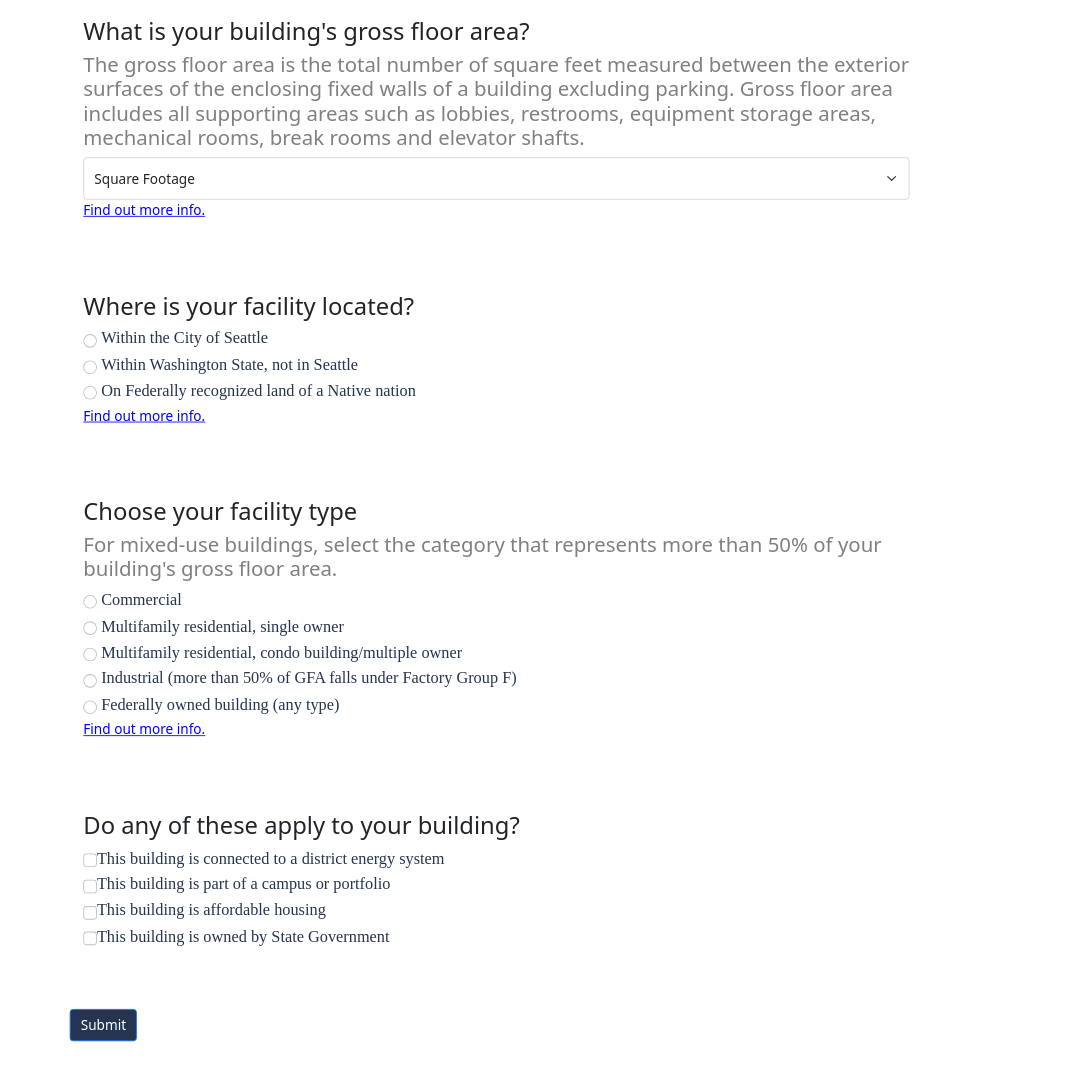
Repository: ChaidGPT/SershonSystemsQuiz
Page: index.html
The author's editor kept a copy of each file at every save. The page is drawn from the files as they stood at one save, then again after the next save.
The browser window is 1280 px wide. The pictures show the whole page, at 85% of full size.

Above is the page before, as saved 2023-07-19 09:02:46.

### index.html
<!DOCTYPE html>
<html>

<head>
	<meta charset="utf-8">
	<title>Quiz</title>
	<link rel="stylesheet" href="https://cdn.jsdelivr.net/npm/bootstrap@5.0.2/dist/css/bootstrap.min.css">
	<style>
	.card {
		width: 90%;
        border: none;
	}

      select {
      color:white;
      background-color:#253551;
      height:50px;
    }

      option {
      text-indent:15px
      }

	.card-column {
		display: flex;
		flex-direction: column;
		align-items: center;
		max-width: auto;
	}

    .btn {
        color: white;
        background-color: #253551;
    }

	.card-body p {
		font-size: 8;
		color: gray;
		line-height: 1.2;
	}

	.form-check-input[type="radio"] {
        font-size: 20x;
		margin-right: 5px;
    }

    .form-check-label {
        font-size: 1.2rem;
      font-family: poppins;
      color: #253551;
      font-weight:500;
    }

	.form-check {
  display: flex;
  align-items: center;
}

.info-link {
    color: blue;
}

#resultContainer {
  overflow-y: auto;
}

#resultMessage {
  text-align: justify;
  font-size: 12px;
}
.card p {
  color: #253551;
}
.card h4 {
  color:grey;
}
	</style>
</head>

<body>
	<div id="quizContainer" class="container">
		<!-- Question 1 Card -->
		<div class="card mb-1 mt-1">
			<div class="card-body">
				<h3 class="card-title">What is your building's gross floor area?</h3>
        <h4 class="card-text">The gross floor area is the total number of square feet measured between the exterior surfaces of the enclosing fixed walls of a building excluding parking. Gross floor area includes all supporting areas such as lobbies, restrooms, equipment storage areas, mechanical rooms, break rooms and elevator shafts.</h4>
				<div class="form-group">
					<select id="buildingSize" type="number" class="form-select">
						<option value="">Square Footage</option>
						<option value="under20k">less than 20k square feet</option>
						<option value="20kTo30k">20k - 30k square feet</option>
						<option value="30kTo50k">30k - 50k square feet</option>
						<option value="50kTo70k">50k - 70k square feet</option>
						<option value="70kTo90k">70k - 90k square feet</option>
						<option value="90kTo100k">90k - 100k square feet</option>
						<option value="100kTo200k">100k - 200k square feet</option>
						<option value="200kTo220k">200k - 220k square feet</option>
						<option value="over220k">over 220k square feet</option>
					</select>
				</div>
				<a href="" target="_blank" class="info-link">Find out more info.</a>
			</div>
		</div>
		<!-- Question 1 Card End -->
		<br>
        <br>
		<!-- Question 2 Card -->
		<div class="card mb-1">
			<div class="card-body">
				<h3 class="card-title">Where is your facility located?</h3>
				<div class="form-check">
					<input type="radio" id="seattle" name="buildingLocation" value="seattle" class="form-check-input">
					<label for="seattle" class="form-check-label">Within the City of Seattle</label>
				</div>
				<div class="form-check">
					<input type="radio" id="washington" name="buildingLocation" value="washington" class="form-check-input">
					<label for="washington" class="form-check-label">Within Washington State, not in Seattle</label>
				</div>
				<div class="form-check">
					<input type="radio" id="native" name="buildingLocation" value="native" class="form-check-input">
					<label for="native" class="form-check-label">On Federally recognized land of a Native nation</label>
				</div>
				<a href="" target="_blank" class="info-link">Find out more info.</a>
			</div>
		</div>
		<!-- Question 2 Card End -->
		<br>
        <br>
		<!-- Question 3 Card -->
		<div class="card mb-1">
			<div class="card-body">
				<h3 class="card-title">Choose your facility type</h3>
				<h4 class="card-text">For mixed-use buildings, select the category that represents more than 50% of your building's gross floor area.</h4>
				<div class="form-group">
					<div class="form-check">
						<input type="radio" id="commercial" name="facilityType" value="commercial" class="form-check-input">
						<label for="commercial" class="form-check-label">Commercial</label>
					</div>
					<div class="form-check">
						<input type="radio" id="MFsingle" name="facilityType" value="MFsingle" class="form-check-input">
						<label for="MFsingle" class="form-check-label">Multifamily residential, single owner</label>
					</div>
					<div class="form-check">
						<input type="radio" id="MFmultiple" name="facilityType" value="MFmultiple" class="form-check-input">
						<label for="MFmultiple" class="form-check-label">Multifamily residential, condo building/multiple owner</label>
					</div>
					<div class="form-check">
						<input type="radio" id="industrial" name="facilityType" value="industrial" class="form-check-input">
						<label for="industrial" class="form-check-label">Industrial (more than 50% of GFA falls under Factory Group F)</label>
					</div>
					<div class="form-check">
						<input type="radio" id="federal" name="facilityType" value="federal" class="form-check-input">
						<label for="federal" class="form-check-label">Federally owned building (any type)</label>
					</div>
				</div>
				<a href="" target="_blank" class="info-link">Find out more info.</a>
			</div>
		</div>
		<!-- Question 3 Card End -->
    <br>
        <br>
    <!-- Question 4 Card -->
<div class="card mb-1">
  <div class="card-body">
      <h3 class="card-title">Do any of these apply to your building?</h3>
      <div class="form-check">
          <input type="checkbox" id="districtEnergy" name="buildingFeatures" value="districtEnergy" class="form-check-input">
          <label for="districtEnergy" class="form-check-label">This building is connected to a district energy system</label>
      </div>
      <div class="form-check">
          <input type="checkbox" id="campusPortfolio" name="buildingFeatures" value="campusPortfolio" class="form-check-input">
          <label for="campusPortfolio" class="form-check-label">This building is part of a campus or portfolio</label>
      </div>
      <div class="form-check">
          <input type="checkbox" id="affordableHousing" name="buildingFeatures" value="affordableHousing" class="form-check-input">
          <label for="affordableHousing" class="form-check-label">This building is affordable housing</label>
      </div>
      <div class="form-check">
          <input type="checkbox" id="stateGovernment" name="buildingFeatures" value="stateGovernment" class="form-check-input">
          <label for="stateGovernment" class="form-check-label">This building is owned by State Government</label>
      </div>
  </div>
</div>
<!-- Question 4 Card End -->

		<br>
        <br>
		<button id="submitBtn" type="submit" class="btn btn-primary">Submit</button>
	</div>

  <div id="resultContainer" class="container d-flex align-items-center justify-content-center fade" style="display: none;">
    <div class="text-center">
      <p id="resultMessage"></p>
      <button id="goBackBtn" type="button" class="btn btn-primary">Go back</button>
    </div>
  </div>

	<script src="https://cdn.jsdelivr.net/npm/bootstrap@5.0.2/dist/js/bootstrap.bundle.min.js"></script>
	<script>

    // Info Snippets
    var fullEXEMPT = '<h3>Exempt</h3> <h4>Based on the answers provided, your facility is not subject to the following regulations:</h4><br>' +
                'Seattle Energy Benchmarking, Seattle Building Tune-Ups, WA Clean Buildings Performance Standard, or Seattle Building Emissions Performance Standard<br>' +
                'To learn more, contact Sershon Systems at (206)745-2938 or emily@sershonsystems.com.<br><br>' +
                '<h4>Possible Reasons for Exemption:</h4><br>' +
                '&#8226; Federal ownership<br>' +
                '&#8226; Industrial facility<br>' +
                '&#8226; Located within a Native nation<br>' +
                '&#8226; Facilities less than 20,000 square feet<br><br>' +
                '<h4>You may be required to apply for exemption and provide supporting documentation.</h4><br>' +
                '• Contact Sershon Systems to discuss specific exemption application deadlines.';
    var answerBegin = '<h3>Your Compliance Timeline</h3><p>Based on the answers provided, your facility is subject to the legislation and deadlines shown. For more information on compliance, to get started, or to speak with a qualified person, contact Sershon Systems at (206)745-2938 or emily@sershonsystems.com</p>';
    var sebOct1st23 = '<h4>Seattle Energy Benchmarking</h4>' +
                      '<ul>' +
                        '<li>Oct 1st, 2023, then annually on June 1st</li>' +
                      '</ul>';
    var setuOct1st23 = '<h4>Seattle Building Tune-Ups</h4>' +
                        '<ul>' +
                          '<li>Oct 1st, 2023</li>' +
                        '</ul>';
    var setuOct1st25 = '<h4>Seattle Building Tune-Ups</h4>' +
                        '<ul>' +
                          '<li>Oct 1st, 2025</li>' +
                        '</ul>';
    var cbpsJun1sr23  = '<h4>WA Clean Buildings Performance Standard</h4>' +
                          '<ul>' +
                            '<li>June 1st, 2024: last date to start 24-month data collection window</li>' +
                            '<li>June 1st, 2025: energy management plan must be implemented</li>' +
                            '<li>June 1st, 2026 compliance deadline, and every 5 years thereafter</li>' +
                          '</ul>';
    var sbepsOct1st24 = '<h4>Seattle Building Emissions Performance Standard</h4>' +
                          '<ul>' +
                            '<li>Oct 1st, 2027: reporting deadline</li>' +
                            '<li>Oct 1st, 2031: compliance deadline</li>' +
                            '<li>Every 5 years, achieving net zero emissions Oct 1st, 2041</li>' +
                          '</ul>';
    var cbpsJune1st25 = '<h4>Clean Buildings Performance Standard</h4>' +
                            '<ul>' +
                              '<li>June 1st, 2025: last date to start 24-month data collection window</li>' +
                              '<li>June 1st, 2026: energy management plan must be implemented</li>' +
                              '<li>June 1st, 2027 compliance deadline, and every 5 years thereafter</li>' +
                            '</ul>';
    var sbepsOct1st27 = '<h4>Seattle Building Emissions Performance Standard</h4>' +
                              '<ul>' +
                                '<li>Oct 1st, 2027: reporting deadline</li>' +
                                '<li>Oct 1st, 2032: compliance deadline</li>' +
                                '<li>Every 5 years, achieving net zero emissions Oct 1st, 2042</li>' +
                              '</ul>';
    var sbtuOct1st24 = '<h4>Seattle Building Tune-Ups</h4>' +
                        '<ul>' +
                          '<li>Oct 1st, 2024</li>' +
                        '</ul>';
    var sbtuOct1st25 = '<h4>Seattle Building Tune-Ups</h4>' +
                        '<ul>' +
                          '<li>Oct 1st, 2025</li>' +
                        '</ul>';
    var cbpsJune1st26 = '<h4>WA Clean Buildings Performance Standard</h4>' +
                        '<ul>' +
                          '<li>June 1st, 2026: last date to start 24-month data collection window</li>' +
                          '<li>June 1st, 2027: energy management plan must be implemented</li>' +
                          '<li>June 1st, 2028 compliance deadline, and every 5 years thereafter</li>' +
                        '</ul>';
    var cbpsJuly1st26 = '<h4>WA Clean Buildings Performance Standard</h4>' +
                        '<ul>' +
                          '<li>July 1st, 2026 energy management plan must be implemented</li>' +
                          '<li>July 1st, 2027 reporting only, then compliance on 5-year cycle</li>' +
                        '</ul>';
    var cbpsJune1st2527 = '<h4>WA Clean Buildings Performance Standard</h4>' +
                        '<ul>' +
                          '<li>June 1st, 2025: last date to start 24-month data collection window' +
                          '<li>June 1st, 2026: energy management plan must be implemented</li>' +
                          '<li>June 1st, 2027: compliance deadline, and every 5 years thereafter</li>' +
                        '</ul>';
    var sbepsOct1st28 = '<h4>Seattle Building Emissions Performance Standard</h4>' +
                        '<ul>' +
                          '<li>Oct 1st, 2028: reporting deadline</li>' +
                          '<li>Oct 1st, 2033: compliance deadline</li>' +
                          '<li>Every 5 years, achieving net zero emissions Oct 1st, 2043</li>' +
                        '</ul>';
    var sbtuOct1st26 = '<h4>Seattle Building Tune-Ups</h4>' +
                        '<ul>' +
                          '<li>Oct 1st, 2026</li>' +
                        '</ul>';
    var sbepsOct1st29 = '<h4>Seattle Building Emissions Performance Standard</h4>' +
                        '<ul>' +
                          '<li>Oct 1st, 2029: reporting deadline</li>' +
                          '<li>Oct 1st, 2034: compliance deadline Every 5 years, achieving net zero emissions Oct 1st, 2044</li>' +
                        '</ul>';
    var sbepsOct1st30 = '<h4>Seattle Building Emissions Performance Standard</h4>' +
                        '<ul>' +
                          '<li>Oct 1st, 2030: reporting deadline</li>' +
                          '<li>Oct 1st, 2035: compliance deadline Every 5 years, achieving net zero emissions Oct 1st, 2045</li>' +
                        '</ul>';
    var sbepsOct1st2731 = '<h4>Seattle Building Emissions Performance Standard</h4>' +
                        '<ul>' +
                          '<li>Oct 1st, 2027: reporting deadline</li>' +
                          '<li>Oct 1st, 2031: compliance deadline Every 5 years, achieving net zero emissions Oct 1st, 2046</li>' +
                        '</ul>';
    var sbepsOct1st2833 = '<h4>Seattle Building Emissions Performance Standard</h4>' +
                        '<ul>' +
                          '<li>Oct 1st, 2028: reporting deadline' +
                          '<li>Oct 1st, 2033: compliance deadline Every 5 years, achieving net zero emissions Oct 1st, 2048</li>' +
                        '</ul>';
    var sbepsOct1st2949 = '<h4>Seattle Building Emissions Performance Standard</h4>' +
                        '<ul>' +
                          '<li>Oct 1st, 2029: reporting deadline' +
                          '<li>Oct 1st, 2034: compliance deadline Every 5 years, achieving net zero emissions Oct 1st, 2049</li>' +
                        '</ul>';
    var sbepsOct1st20 = '<h4>Seattle Building Emissions Performance Standard</h4>' +
                        '<ul>' +
                          '<li>Oct 1st, 2020: reporting deadline' +
                          '<li>Oct 1st, 2035: compliance deadline Every 5 years, achieving net zero emissions Oct 1st, 2050</li>' +
                        '</ul>';
    var sbepsOct1st2732 = '<h4>Seattle Building Emissions Performance Standard</h4>' +
                        '<ul>' +
                          '<li>Oct 1st, 2027: reporting deadline</li>' +
                          '<li>Oct 1st, 2032: compliance deadline Every 5 years, achieving net zero emissions Oct 1st, 2047</li>' +
                        '</ul>';
    // End Info Snippets

    var messageTable = {

      // Answer 1
      'over220k-seattle-commercial': 'Answer 1<br>' + answerBegin + sebOct1st23 + setuOct1st23 + cbpsJun1sr23 + sbepsOct1st24,

      // Answer 2
      '200kTo220k-seattle-commercial': 'Answer 2<br>' + answerBegin + sebOct1st23 + setuOct1st23 + cbpsJune1st25 + sbepsOct1st27,

      // Answer 3
      '100kTo200k-seattle-commercial': 'Answer 3<br>' + answerBegin + sebOct1st23 + sbtuOct1st24 + cbpsJune1st25 + sbepsOct1st27,

      // Answer 4
      '90kTo100k-seattle-commercial': 'Answer 4<br>' + answerBegin + sebOct1st23 + setuOct1st25 + cbpsJune1st25 + sbepsOct1st27,

      // Answer 5
      '70kTo90k-seattle-commercial': 'Answer 5<br>' + answerBegin + sebOct1st23 + sbtuOct1st25 + cbpsJune1st26 + sbepsOct1st28,

      // Answer 6
      '50kTo70k-seattle-commercial': 'Answer 6<br>' + answerBegin + sebOct1st23 + cbpsJune1st26 + sbepsOct1st28 + sbtuOct1st26,

      // Answer 7
      '30kTo50k-seattle-commercial': 'Answer 7<br>' + answerBegin + sebOct1st23 + cbpsJuly1st26 + sbepsOct1st29,

      // Answer 8
      '20kTo30k-seattle-commercial': 'Answer 8<br> ' + answerBegin + sebOct1st23 + cbpsJuly1st26 + sbepsOct1st30,

      // Answer 9
      '20kTo30k-washington-MFmultiple': 'Answer 9<br>' + fullEXEMPT,
      '30kTo50k-washington-MFmultiple': 'Answer 9<br>' + fullEXEMPT,
      '50kTo70k-washington-MFmultiple': 'Answer 9<br>' + fullEXEMPT,
      '70kTo90k-washington-MFmultiple': 'Answer 9<br>' + fullEXEMPT,
      '90kTo100k-washington-MFmultiple': 'Answer 9<br>' + fullEXEMPT,
      '100kTo200k-washington-MFmultiple': 'Answer 9<br>' + fullEXEMPT,
      '200kTo220k-washington-MFmultiple': 'Answer 9<br>' + fullEXEMPT,
      'over220k-washington-MFmultiple': 'Answer 9<br>' + fullEXEMPT,

      // Answer 10
      'over220k-seattle-MFsingle': 'Answer 10<br>' + answerBegin + sebOct1st23 + cbpsJuly1st26 + sbepsOct1st2731,

      // Answer 11
      '90kTo100k-seattle-MFsingle': 'Answer 11<br>' + answerBegin + sebOct1st23 + cbpsJuly1st26 + sbepsOct1st2732,
      '100kTo200k-seattle-MFsingle': 'Answer 11<br>' + answerBegin + sebOct1st23 + cbpsJuly1st26 + sbepsOct1st2732,
      '200kTo220k-seattle-MFsingle': 'Answer 11<br>' + answerBegin + sebOct1st23 + cbpsJuly1st26 + sbepsOct1st2732,

      // Answer 12
      '50kTo70k-seattle-MFsingle': 'Answer 12<br>' + answerBegin + sebOct1st23 + cbpsJuly1st26 + sbepsOct1st2833,
      '70kTo90k-seattle-MFsingle': 'Answer 12<br>' + answerBegin + sebOct1st23 + cbpsJuly1st26 + sbepsOct1st2833,

      // Answer 13
      '30kTo50k-seattle-MFsingle': 'Answer 13<br>' + answerBegin + sebOct1st23 + cbpsJuly1st26 + sbepsOct1st2949,

      // Answer 14
      '20kTo30k-seattle-MFsingle': 'Answer 14<br>' + answerBegin + sebOct1st23 + cbpsJuly1st26 + sbepsOct1st20,

      // Answer 15
      'over220k-seattle-MFmultiple': 'Answer 15<br>' + answerBegin + sebOct1st23 + sbepsOct1st2731,

      // Answer 16
      '90kTo100k-seattle-MFmultiple': 'Answer 16<br>' + answerBegin + sebOct1st23 + sbepsOct1st2732,
      '100kTo200k-seattle-MFmultiple': 'Answer 16<br>' + answerBegin + sebOct1st23 + sbepsOct1st2732,
      '200kTo220k-seattle-MFmultiple': 'Answer 16<br>' + answerBegin + sebOct1st23 + sbepsOct1st2732,

      // Answer 17
      '50kTo70k-seattle-MFmultiple': 'Answer 17<br>' + answerBegin + sebOct1st23 + sbepsOct1st2833,
      '70kTo90k-seattle-MFmultiple': 'Answer 17<br>' + answerBegin + sebOct1st23 + sbepsOct1st2833,

      // Answer 18
      '30kTo50k-seattle-MFmultiple': 'Answer 18' + answerBegin + sebOct1st23 + sbepsOct1st2949,

      // Answer 19
      '20kTo30k-seattle-MFmultiple': 'Answer 19<br>' + answerBegin + sebOct1st23 + sbepsOct1st20,

      // Answer 20
      'over220k-washington-commercial': 'Answer 20<br>' + answerBegin + cbpsJun1sr23,

      // Answer 21
      '90kTo100k-washington-commercial': 'Answer 21<br>' + answerBegin + cbpsJune1st2527,
      '100kTo200k-washington-commercial': 'Answer 21<br>' + answerBegin + cbpsJune1st2527,
      '200kTo220k-washington-commercial': 'Answer 21<br>' + answerBegin + cbpsJune1st2527,

      // Answer 22
      '50kTo70k-washington-commercial': 'Answer 22<br>' + answerBegin + cbpsJune1st26,
      '70kTo90k-washington-commercial': 'Answer 22<br>' + answerBegin + cbpsJune1st26,

      // Answer 23
      '20kTo30k-washington-commercial': 'Answer 23<br>' + answerBegin + cbpsJuly1st26,
      '30kTo50k-washington-commercial': 'Answer 23<br>' + answerBegin + cbpsJuly1st26,
      '20kTo30k-washington-MFsingle': 'Answer 23<br>' + answerBegin + cbpsJuly1st26,
      '30kTo50k-washington-MFsingle': 'Answer 23<br>' + answerBegin + cbpsJuly1st26,
      '50kTo70k-washington-MFsingle': 'Answer 23<br>' + answerBegin + cbpsJuly1st26,
      '70kTo90k-washington-MFsingle': 'Answer 23<br>' + answerBegin + cbpsJuly1st26,
      '90kTo100k-washington-MFsingle': 'Answer 23<br>' + answerBegin + cbpsJuly1st26,
      '100kTo200k-washington-MFsingle': 'Answer 23<br>' + answerBegin + cbpsJuly1st26,
      '200kTo220k-washington-MFsingle': 'Answer 23<br>' + answerBegin + cbpsJuly1st26,
      'over220k-washington-MFsingle': 'Answer 23<br>' + answerBegin + cbpsJuly1st26,
    };

    document.querySelector("#submitBtn").addEventListener("click", function(event) {
  event.preventDefault();

  var DD = document.querySelector('#buildingSize').value;
  var R1 = document.querySelector('input[name="buildingLocation"]:checked').value;
  var R2 = document.querySelector('input[name="facilityType"]:checked').value;

  // Retrieve the selected checkboxes for the 4th question
  var checkboxes = document.querySelectorAll('input[name="buildingFeatures"]:checked');
  var buildingFeatures = Array.from(checkboxes).map(checkbox => checkbox.value);

  // Check to see if the user chose a square footage
  if (DD === '') {
    alert("Please select a square footage option.");
    return;
  }

  var combination = DD + '-' + R1 + '-' + R2 + '_' + buildingFeatures.Join();

  // Check if the combination contains specific values
  if (R1 === 'native' || R2 === 'federal' || R2 === 'industrial' || DD === 'under20k') {
    var message = fullEXEMPT;
  } else {
    // Retrieve the message from the message table using the combination key
    var message = messageTable[combination] || 'Default message';
  }

  // Hide the quiz container with fade animation
  var quizContainer = document.getElementById('quizContainer');
  quizContainer.classList.add('fade');
  setTimeout(function() {
    quizContainer.style.display = 'none';
    quizContainer.classList.remove('fade');

    // Scroll to the top of the page
    window.scrollTo({ top: 600, behavior: 'smooth' });

    // Display the result container with fade animation
    var resultContainer = document.getElementById('resultContainer');
    resultContainer.style.display = 'flex';
    document.getElementById('resultMessage').innerHTML = message;
    resultContainer.classList.add('show');
  }, 1000); // Adjust the delay (in milliseconds) to match the animation duration
});

document.querySelector("#goBackBtn").addEventListener("click", function(event) {
  event.preventDefault();

  // Set the scroll query parameter to true in the URL
  var url = new URL(window.location.href);
  url.searchParams.set("scroll", "true");
  window.location.href = url.toString();
});

window.onload = function() {
  // Check if the scroll query parameter is set to true
  var urlParams = new URLSearchParams(window.location.search);
  var shouldScroll = urlParams.get("scroll");

  if (shouldScroll === "true") {
    // Scroll down by 600 pixels with a smooth scrolling animation
    setTimeout(function() {
      window.scrollTo({ top: 600, behavior: 'smooth' });
    }, 0);
  }
};


</script>

</body>

</html>

After the next save:
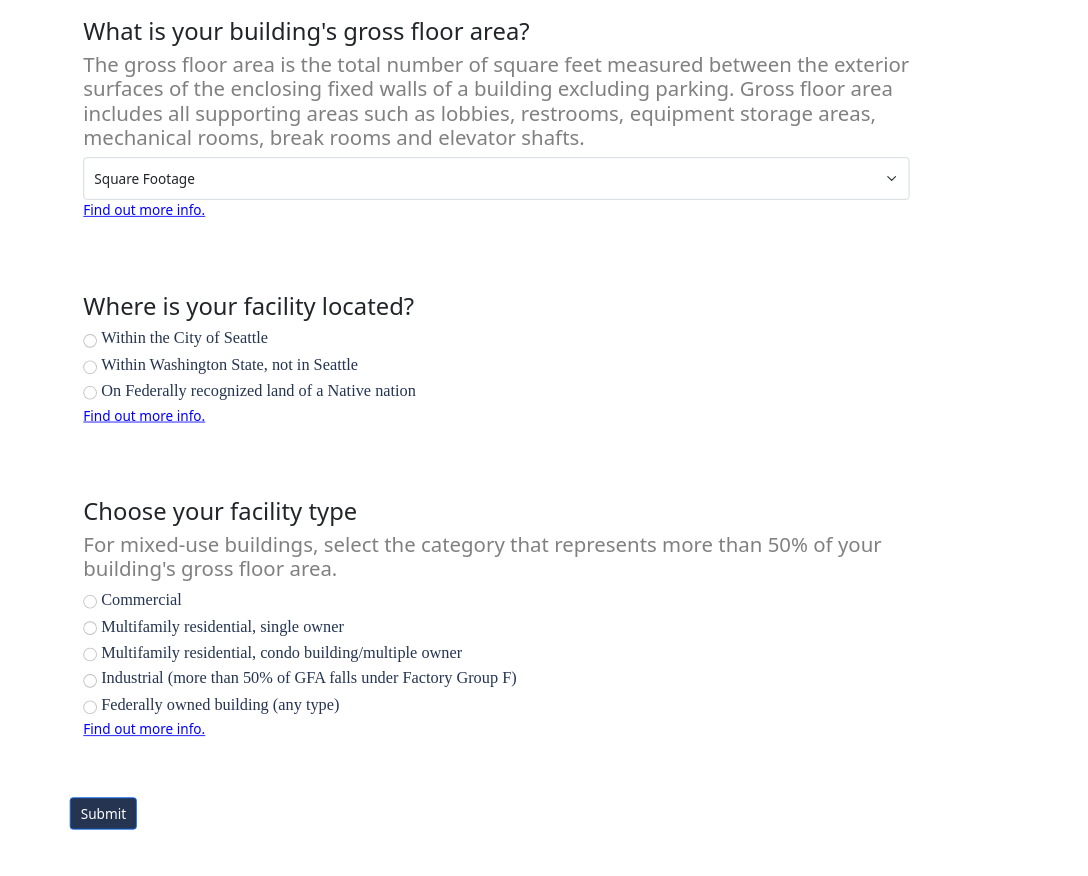
Saved 37 s later.
--- a/index.html
+++ b/index.html
@@ -157,10 +157,9 @@
 			</div>
 		</div>
 		<!-- Question 3 Card End -->
-    <br>
-        <br>
+
     <!-- Question 4 Card -->
-<div class="card mb-1">
+<!-- <div class="card mb-1">
   <div class="card-body">
       <h3 class="card-title">Do any of these apply to your building?</h3>
       <div class="form-check">
@@ -180,7 +179,7 @@
           <label for="stateGovernment" class="form-check-label">This building is owned by State Government</label>
       </div>
   </div>
-</div>
+</div> -->
 <!-- Question 4 Card End -->
 
 		<br>
@@ -422,17 +421,13 @@
   var R1 = document.querySelector('input[name="buildingLocation"]:checked').value;
   var R2 = document.querySelector('input[name="facilityType"]:checked').value;
 
-  // Retrieve the selected checkboxes for the 4th question
-  var checkboxes = document.querySelectorAll('input[name="buildingFeatures"]:checked');
-  var buildingFeatures = Array.from(checkboxes).map(checkbox => checkbox.value);
-
   // Check to see if the user chose a square footage
   if (DD === '') {
     alert("Please select a square footage option.");
     return;
   }
 
-  var combination = DD + '-' + R1 + '-' + R2 + '_' + buildingFeatures.Join();
+  var combination = DD + '-' + R1 + '-' + R2;
 
   // Check if the combination contains specific values
   if (R1 === 'native' || R2 === 'federal' || R2 === 'industrial' || DD === 'under20k') {
